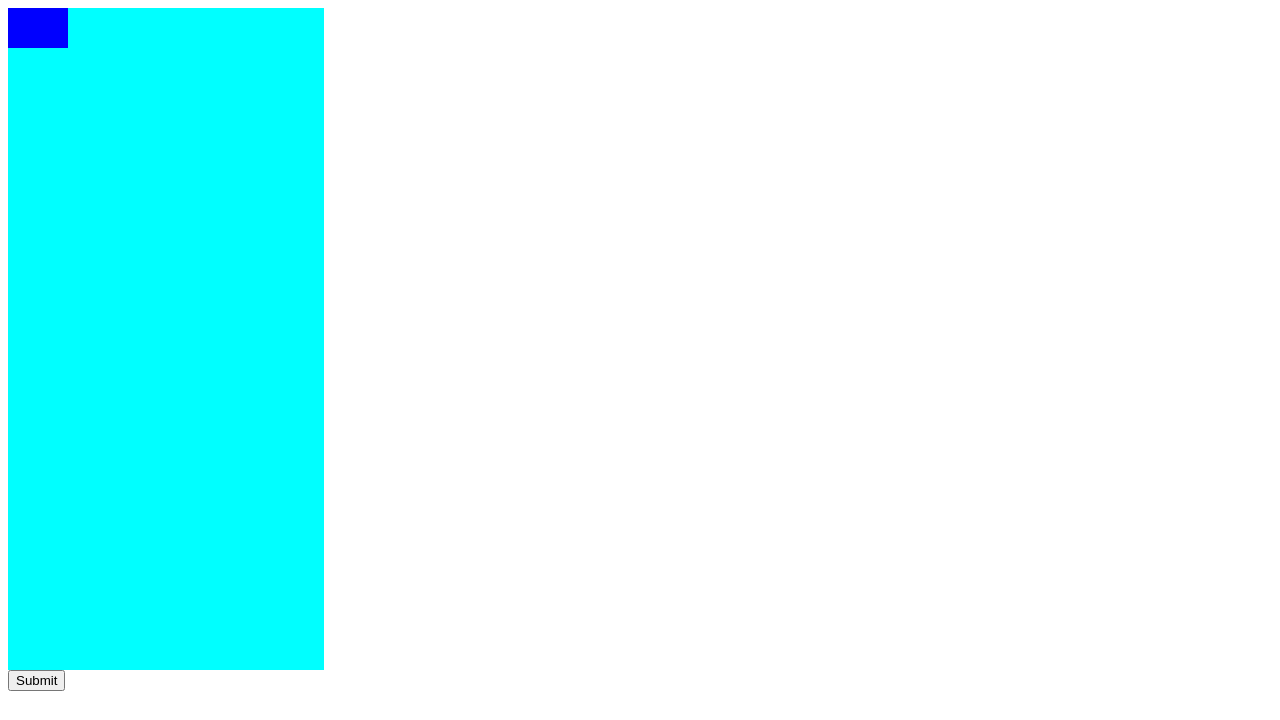
Repository: tr2cky/barrage
Page: index.html
These files come from the project's save history. The page is drawn as it stood at one moment and after a run of saves; the edit follows.
The browser window is 1280 px wide. The pictures show the whole page.

Above is the page before, as saved 2022-10-03 13:37:19.

### index.html
<!DOCTYPE html>
<html lang="en">

<head>
    <meta charset="UTF-8">
    <meta http-equiv="X-UA-Compatible" content="IE=edge">
    <meta name="viewport" content="width=device-width, initial-scale=1.0">
    <link rel="stylesheet" href="style.css">
    <title>Document</title>
</head>

<body>
    <div class="container">
        <div class="side">
            <div class="box1"></div>
        </div>
        <div id="circle"></div>
        <main>
            <div class="header">
                <div class="boxheader"></div>
            </div>
            <article>
                <div class="article-container">
                    <div class="search"></div>
                    <button>Submit</button>
                </div>
            </article>
        </main>
    </div>
</body>

</html>

### style.css
.container {
    display: grid;
    grid-template-columns: 1fr 3fr;
}
.side {
    background-color: aqua;
    height: 92vh;
}
.box1 {
    background-color: blue;
    width: 40px;
    height: 20px;
    padding: 10px;

}

After the next 11 saves:
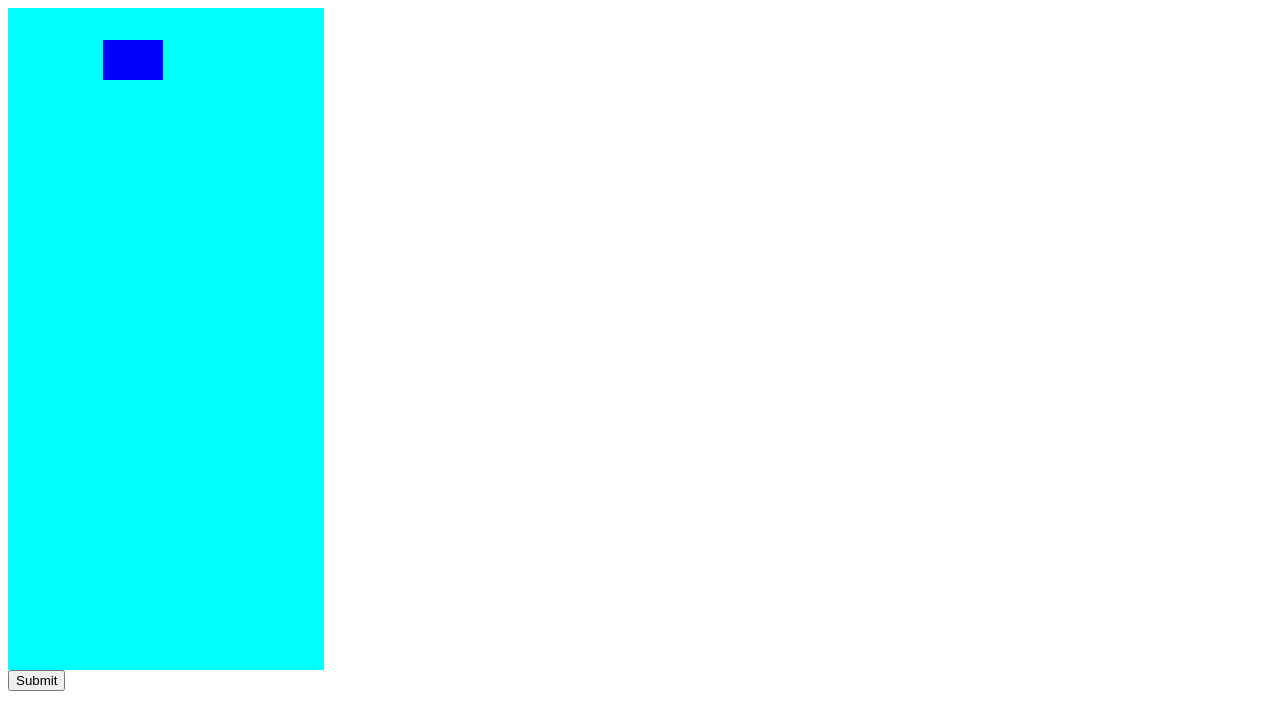
The 11 saves are shown as one change because they came seconds apart.
The last was saved 20 s later.
--- a/style.css
+++ b/style.css
@@ -11,5 +11,6 @@
     width: 40px;
     height: 20px;
     padding: 10px;
-
+    margin-top: 10%;
+    margin-left: 30%;
 }
